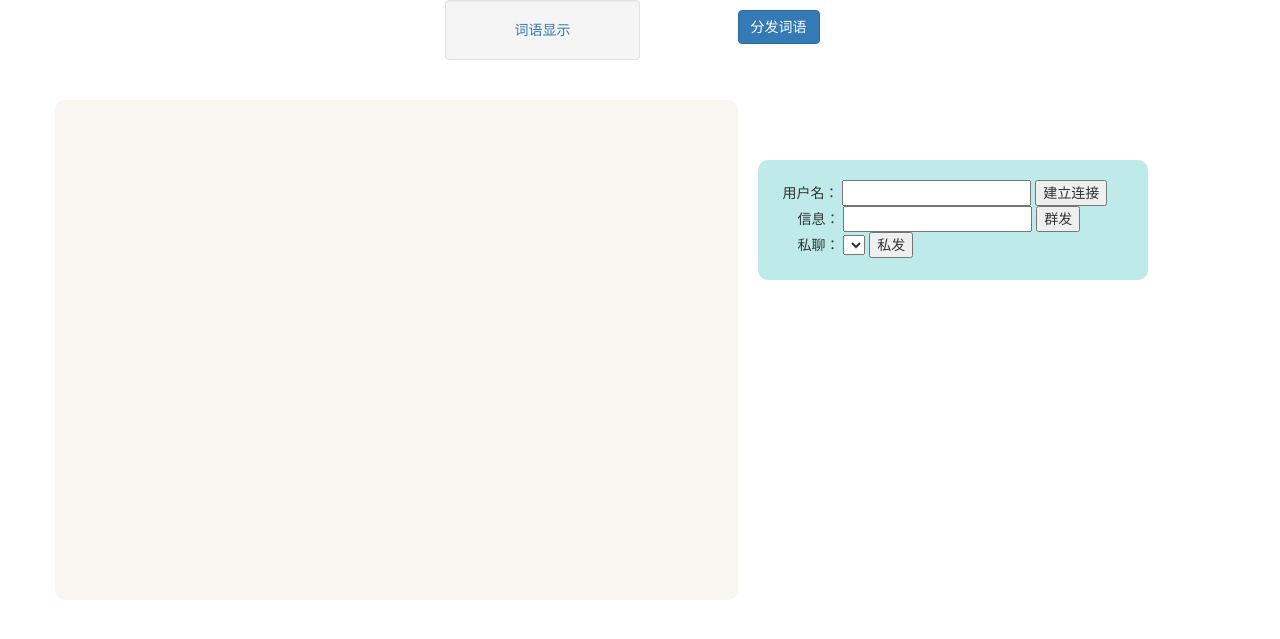
Repository: eheihaha2/whoisthespy-
Page: webDemo/WebContent/room.html
These files come from the project's save history. The page is drawn as it stood at one moment and after the next save; the edit follows.
The browser window is 1280 px wide. The pictures show the whole page.

Above is the page before, as saved 2020-02-26 04:57:23.

### webDemo/WebContent/room.html
<!DOCTYPE html>
<html>
<head>
	<script type="text/javascript" src="js/jquery-1.11.0.min.js"></script>
<script type="text/javascript" src="js/bootstrap.js"></script>
<link rel="stylesheet" href="css/bootstrap.css">
<style type="text/css">
	.show{
			margin-right:0;
			background-color:#f9f6f2;
			height: 500px;
			margin-top:20px;
			border-radius: 10px;
		}
		.mss{
			padding:20px 20px 40px 40px;
			background-color:#beebe9;
			height:120px;
			margin-left:20px;;
			margin-top:80px;
			border-radius: 10px;
		}
		.wordsBtn{
			position:relative;
			top:10px;
		}
}
</style>
	<title></title>
</head>
<body>
	<div class="container">
	<div class="row">
		<div class="well text-center text-primary col-md-2 	col-sm-2 col-md-offset-4">词语显示</div>
		<button class="btn wordsBtn btn-primary col-md-offset-1">分发词语</button><br />
	</div>
		<div class="row">
			<div class="col-md-7 col-sm-7 show">
				<div class="info">
				<span class="name"></span>
				<span class="msg"></span>
				</div>
				<div class="userinfo"></div>
     		</div>
     		<div class="col-md-4 col-sm-4 mss">
     			<div class="row">
				<span>用户名：</span>
      			<input type="text" name="username"/>
     			<button id="connBtn">建立连接</button><br />
     			</div>
			<span>信息：</span>
     		<input type="text" name="info"/>
      		<button id="subBtnAll">群发</button><br />
			<span>私聊：</span>
     		<select id="userList">
			</select>
			<button id="subBtn">私发</button>
			</div>
		</div>
	</div>
</body>
<script type="text/javascript">
	var ws=null;
	var username=null;
	var url="ws://localhost:8080/webDemo/chatRoom/";
		// 后续的消息添加都是用其做二次克隆
      	var info = $(".info").clone();
		//点击建立连接的按钮
      	$("#connBtn").on("click",function(){
      		if("WebSocket" in window){
      			username = $("input[name='username']").val();
      			ws = new WebSocket(url+username);
      			//有了webSocket连接对象之后，我就开始监听消息
      			//服务器端的所有消息都会来到这
      			ws.onmessage = function(evt){
      				var received_msg = evt.data;
      				var jsonReceive_msg = JSON.parse(received_msg);
      				var head = jsonReceive_msg.head;//获得服务器数据，解析数据获得数据类型
      				var data =jsonReceive_msg.data;//真正的data所在
      				switch (head) {
      					case "sendAll":
      					sendAll(data);
      						break;
      					case "sendTo":
      					sendTo(data);
      						break;
      					case "onLine":
      					onLine(data);
      						break;
      					case "userList":
      					userList(data);
      						break;
      					default:
      						break;
      				}
      			}
      		}else{
      			alert("您的浏览器不支持 WebSocket!");
      		}
      	})

      	//细节定义每种功能的数据接口
      	//构建JSON格式发送给服务器：{from:来自谁,msg:消息本身}
      	function sendAll(data){
      		var infoDiv = info.clone();//这个就是我要渲染的dom节点
      		//用于把从服务器端获得的JSON字符串的data解析为原生JS值
      		//var jsonData=JSON.parse(data);
      		infoDiv.find(".name").text("来自于："+data.from+"(群发)");
      		infoDiv.find(".msg").text(data.msg);
      		$(".info").parent().append(infoDiv);
      	}
      	// 构建JSON格式发送给服务器：{from:来自谁,msg:消息本身}
      	function sendTo(data){
      		var infoDiv = info.clone();//这个就是我要渲染的dom节点
      		infoDiv.find(".name").text("来自于："+data.from+"(私发)");
      		infoDiv.find(".msg").text(data.msg);
      		$(".info").parent().append(infoDiv);
      	}
      	// 构建JSON格式发送给服务器：{name:上线人姓名}
      	function onLine(data){
      	//$(".userinfo").empty();
      	console.log(data);
      	$(".userinfo").append("<p>"+"【"+data.name+"上线了】"+"</p>");
      	}
      	// 构建JSON格式发送给服务器：[用户1,用户2]
      	function userList(data){
      		$("#userList").empty();
      		var jsonData=JSON.parse(data);
      		$("#userList").append("<option>请选择</option>");
      		$.each(jsonData,function(index,item){
      			$("#userList").append("<option value="+item+">"+item+"</option>");
      		})
      	}

      	//点击群发按钮
      	$("#subBtnAll").on("click",function(){
      		//var sentName = $("input[name='username']").val();
      		var msg = $("input[name='info']").val();
      		console.log(msg);
      		var jsonMsg={
      			"head":"sendAll",
      			"data":msg
      			//"from":sentName,
      			//"msg":msg
      		}
      		console.log(jsonMsg);
      		//var subAllEnd =JSON.stringify(jsonMsg);
      		ws.send(JSON.stringify(jsonMsg));
      	})
      	//点击私发按钮
      	$("#subBtn").on("click",function(){
      		var msg=$("input[name=info]").val();
      		var toUser=$("#userList").val();
      		console.log(toUser);
      		var jsonMsg={
      			"head":"sendTo",
      			"data":{
      				"to":toUser,
      				"msg":msg
      			}
      		}
      		console.log(jsonMsg);
      		ws.send(JSON.stringify(jsonMsg));
      	})
</script>
</html>

Loaded but not shown: webDemo/WebContent/js/jquery-1.11.0.min.js (library); webDemo/WebContent/js/bootstrap.js (library); webDemo/WebContent/css/bootstrap.css (library)

After the next save:
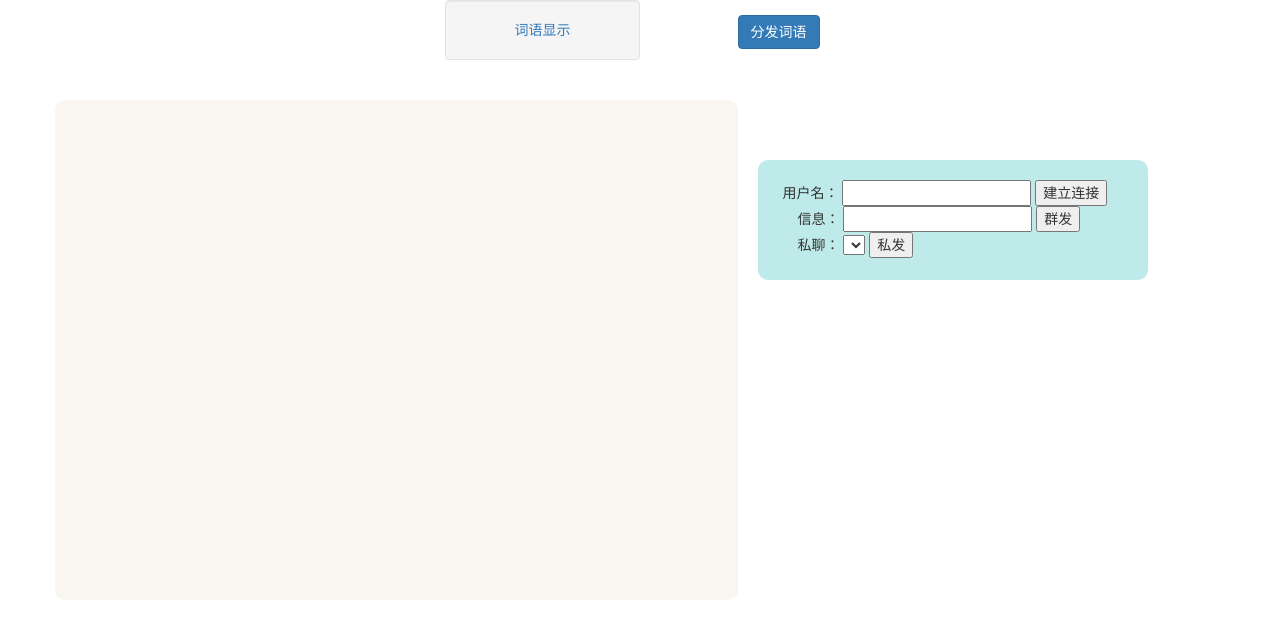
Saved 12 s later.
--- a/webDemo/WebContent/room.html
+++ b/webDemo/WebContent/room.html
@@ -22,7 +22,7 @@
 		}
 		.wordsBtn{
 			position:relative;
-			top:10px;
+			top:15px;
 		}
 }
 </style>
